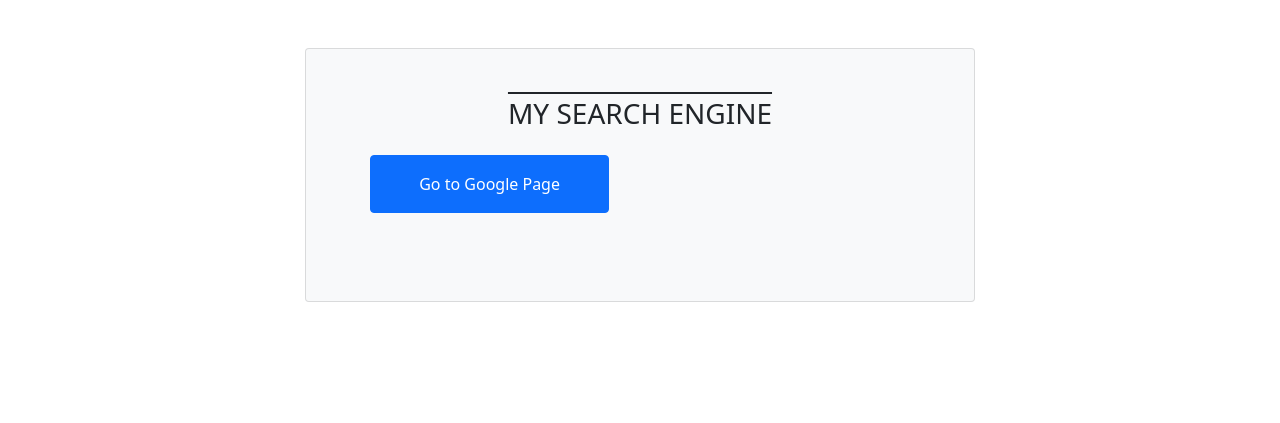
Repository: IamPawan777/spring-MCV
Page: http://localhost/my_search_engine/home.jsp
The author's editor kept a copy of each file at every save. The page is drawn from the files as they stood at one save, then again after the next save.
The browser window is 1280 px wide. The pictures show the whole page.
The page is served by Tomcat 9. Other server files are loaded and not shown.

Above is the page before, as saved 2025-01-18 07:34:34.

### my_search_engine/src/main/webapp/home.jsp
<!doctype html>
<html lang="en">
  <head>
    <!-- Required meta tags -->
    <meta charset="utf-8">
    <meta name="viewport" content="width=device-width, initial-scale=1">

	<!-- Bootstrap CSS -->
    <link href="https://cdn.jsdelivr.net/npm/bootstrap@5.0.2/dist/css/bootstrap.min.css" rel="stylesheet" integrity="sha384-EVSTQN3/azprG1Anm3QDgpJLIm9Nao0Yz1ztcQTwFspd3yD65VohhpuuCOmLASjC" crossorigin="anonymous">


    <title>Hello, world!</title>
  </head>
  <body>



		<div class="container" >
			<div class="card mx-auto mt-5 bg-light" style="width: 60%;">
				<div class="card-body p-5">
					<h3 class="text-center" style="text-decoration: overline; text-transform: uppercase;">My Search Engine</h3>
					<a href="google" class="btn btn-primary m-3 px-5 py-3">Go to Google Page</a>
					<form class="mt-4" action="process" method="post">
						<!-- <div class="form-group">
							<input class="form-control" type="text" name="querybox" placeholder="Search Here...">
						</div>
						<div class="container text-center mt-4">
							<button class=" btn btn-outline-light">Search</button>
						</div> -->
						<!-- <div class="container text-center">
							<a href="google.jsp" class="btn btn-primary m-3 px-5 py-3">Google</a>
							<a href="yahoo.jsp" class="btn btn-danger m-3 px-5 py-3">Yahoo</a>
							<a href="brave.jsp" class="btn btn-success m-3 px-5 py-3">Brave</a>
							<a href="edge.jsp" class="btn btn-warning m-3 px-5 py-3">Edge</a>
						</div> -->

					</form>

				</div>
			</div>
		</div>




    <!-- Optional JavaScript; choose one of the two! -->

    <!-- Option 1: Bootstrap Bundle with Popper -->
    <script src="https://cdn.jsdelivr.net/npm/bootstrap@5.0.2/dist/js/bootstrap.bundle.min.js" integrity="sha384-MrcW6ZMFYlzcLA8Nl+NtUVF0sA7MsXsP1UyJoMp4YLEuNSfAP+JcXn/tWtIaxVXM" crossorigin="anonymous"></script>

    <!-- Option 2: Separate Popper and Bootstrap JS -->
    <!--
    <script src="https://cdn.jsdelivr.net/npm/@popperjs/core@2.9.2/dist/umd/popper.min.js" integrity="sha384-IQsoLXl5PILFhosVNubq5LC7Qb9DXgDA9i+tQ8Zj3iwWAwPtgFTxbJ8NT4GN1R8p" crossorigin="anonymous"></script>
    <script src="https://cdn.jsdelivr.net/npm/bootstrap@5.0.2/dist/js/bootstrap.min.js" integrity="sha384-cVKIPhGWiC2Al4u+LWgxfKTRIcfu0JTxR+EQDz/bgldoEyl4H0zUF0QKbrJ0EcQF" crossorigin="anonymous"></script>
    -->
  </body>
</html>

After the next save:
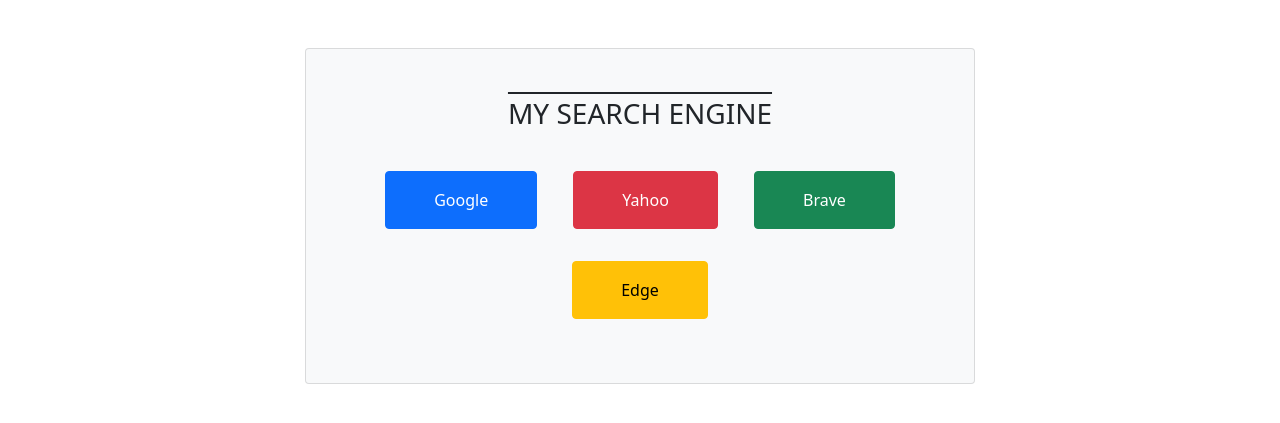
Saved 64 s later.
--- a/my_search_engine/src/main/webapp/home.jsp
+++ b/my_search_engine/src/main/webapp/home.jsp
@@ -19,7 +19,7 @@
 			<div class="card mx-auto mt-5 bg-light" style="width: 60%;">
 				<div class="card-body p-5">
 					<h3 class="text-center" style="text-decoration: overline; text-transform: uppercase;">My Search Engine</h3>
-					<a href="google" class="btn btn-primary m-3 px-5 py-3">Go to Google Page</a>
+					<!-- <a href="google" class="btn btn-primary m-3 px-5 py-3">Go to Google Page</a> -->
 					<form class="mt-4" action="process" method="post">
 						<!-- <div class="form-group">
 							<input class="form-control" type="text" name="querybox" placeholder="Search Here...">
@@ -27,12 +27,12 @@
 						<div class="container text-center mt-4">
 							<button class=" btn btn-outline-light">Search</button>
 						</div> -->
-						<!-- <div class="container text-center">
+						 <div class="container text-center">
 							<a href="google.jsp" class="btn btn-primary m-3 px-5 py-3">Google</a>
 							<a href="yahoo.jsp" class="btn btn-danger m-3 px-5 py-3">Yahoo</a>
 							<a href="brave.jsp" class="btn btn-success m-3 px-5 py-3">Brave</a>
 							<a href="edge.jsp" class="btn btn-warning m-3 px-5 py-3">Edge</a>
-						</div> -->
+						</div>
 
 					</form>
 
